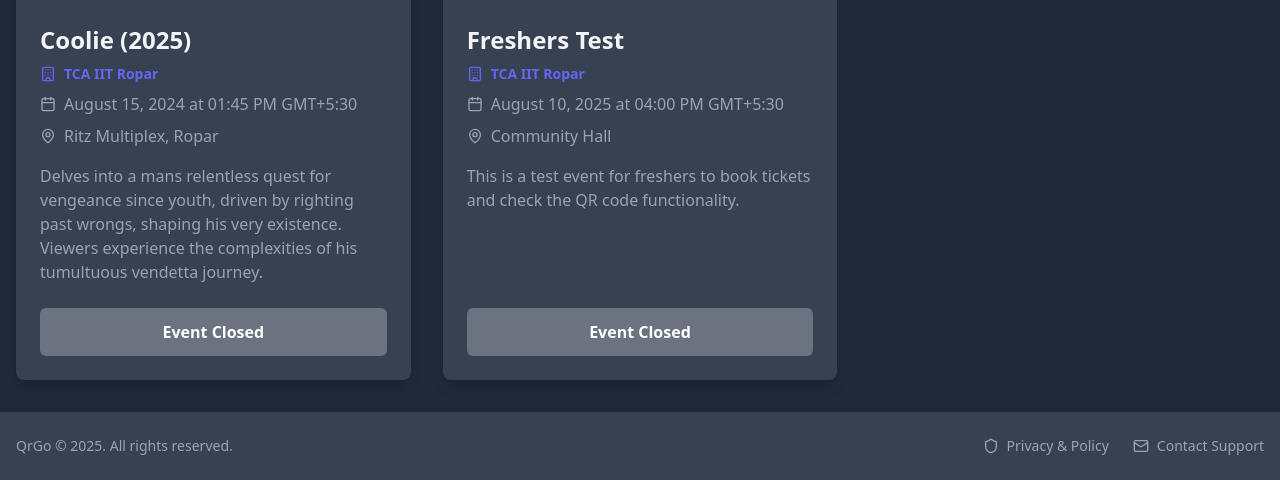
Repository: Dhakshin2007/QrGo
Page: /
An editor plug-in stored every save of this project. The page is shown before and after a run of saves, followed by the edit.
The browser window is 1280 px wide. The pictures show the part of the page from y = 1872 to 2352 px (the page is 2352 px tall).
Some web libraries are served in a nearby version. The project was rebuilt for these pictures with package versions that can differ from the ones it lists, and the page was loaded fresh each time. Also part of the build but not shown: vite.config.ts, pages/BookingPage.tsx, components/TicketCard.tsx, pages/MyTicketsPage.tsx, services/aiService.ts, pages/AdminPage.tsx, pages/PrivacyPolicyPage.tsx.

Above is the page before, as saved 2025-08-18 17:12:25.

After the next 2 saves:
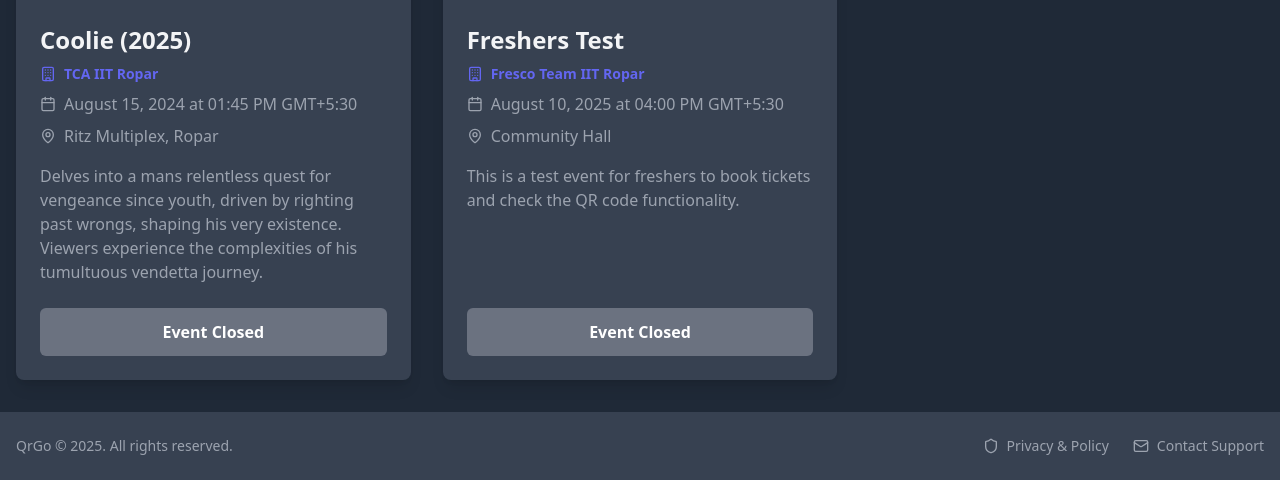
The 2 saves are shown as one change because they came seconds apart.
The last was saved 21 s later.
--- a/constants.ts
+++ b/constants.ts
@@ -42,8 +42,8 @@
   //   qrCodeImage: 'https://api.qrserver.com/v1/create-qr-code/?size=200x200&data=upi://pay?pa=devsummit@upi&pn=Dev%20Summit'
   // },
   {
-    id: 'Freshers Party ( 2025 )',
-    organizerId: 'org-1',
+    id: 'Fresco-2k25',
+    organizerId: 'org-2',
     name: 'Freshers Test',
     date: '2025-08-10T10:30:00Z',
     venue: 'Community Hall',
